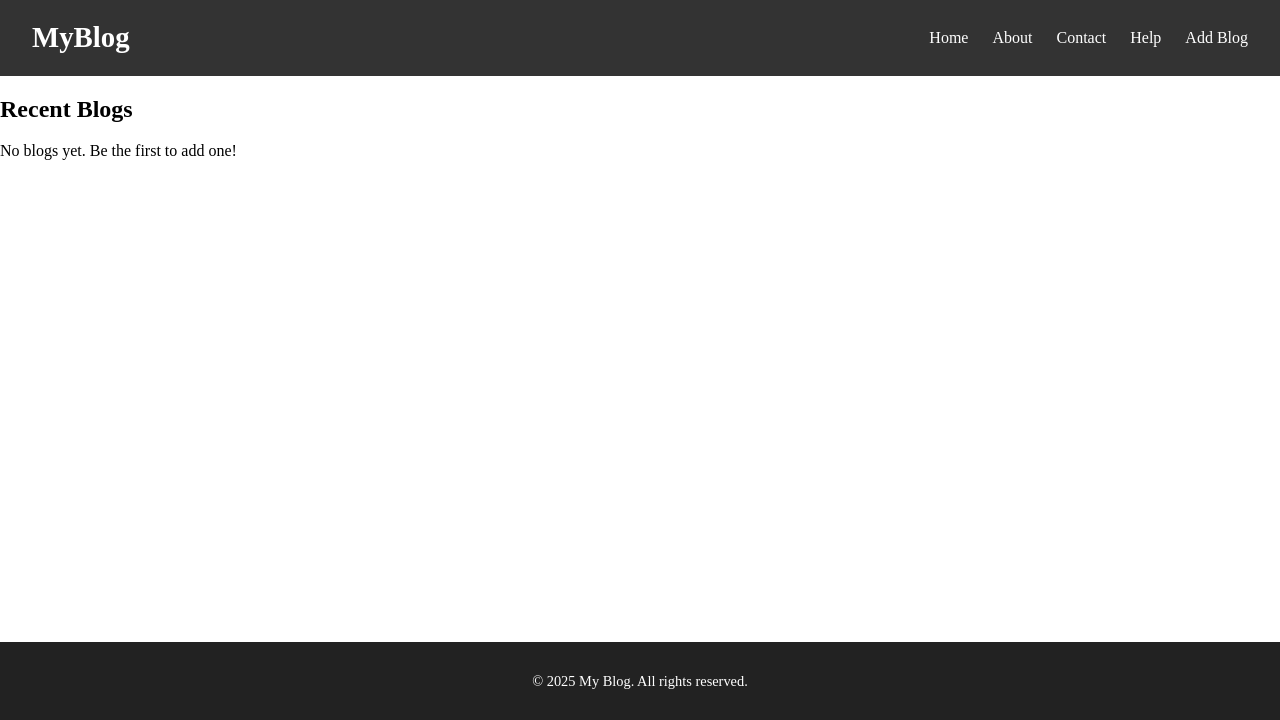
Repository: ankitg-02/FLASK
Page: http://localhost/
An editor plug-in stored every save of this project. The page is shown before and after the next save, followed by the edit.
The browser window is 1280 px wide. The pictures show the whole page.
The page is served by the project's application, run on Flask 3 (app.py). Queries for data that is not in the repository find no rows.

Above is the page before, as saved 2025-05-19 16:31:44.

After the next save:
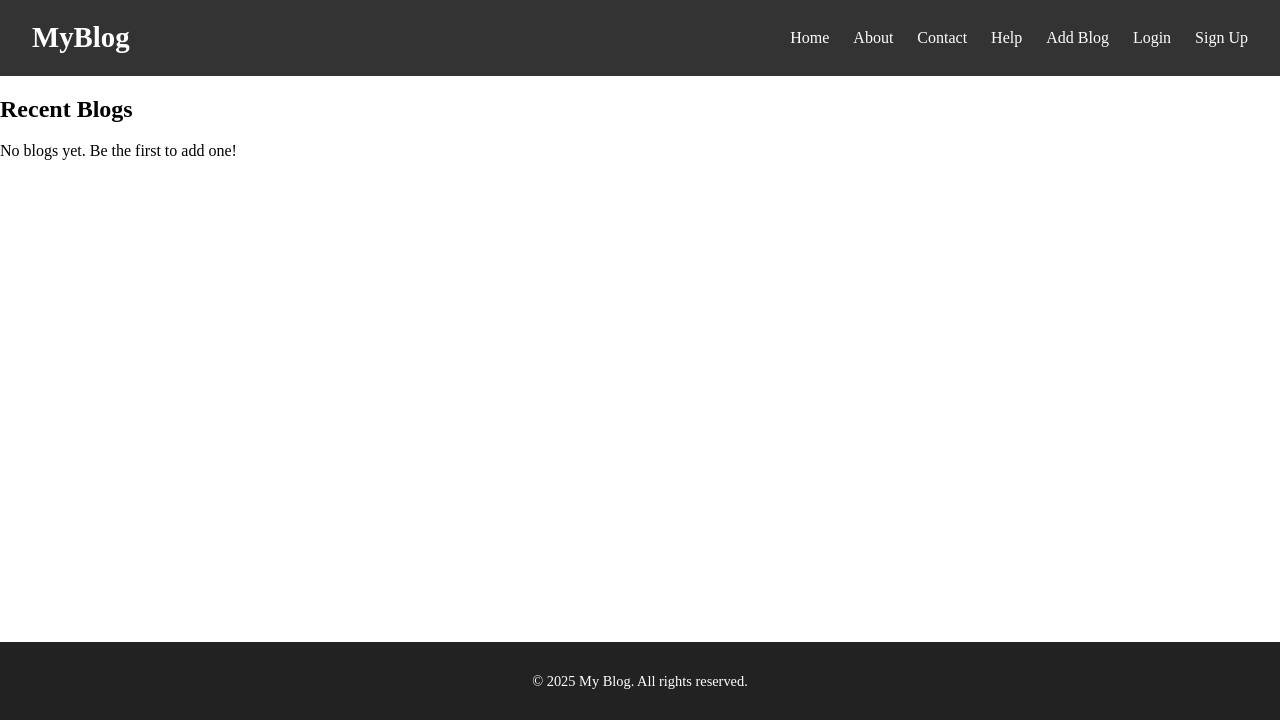
Saved 2 min 12 s later.
--- a/Project2/templates/base.html
+++ b/Project2/templates/base.html
@@ -22,12 +22,23 @@
             </li>
             <li><a href="{{ url_for('help') }}" class="nav-link">Help</a></li>
             <li>
-              <a
-                href="{{ url_for('add_blog') }}"
-                class="nav-link nav-link-button"
-                >Add Blog</a
+              <a href="{{ url_for('add_blog') }}" class="nav-link">Add Blog</a>
+            </li>
+
+            {% if current_user.is_authenticated %}
+            <li>
+              <a href="{{ url_for('logout') }}" class="nav-link nav-link-button"
+                >Logout</a
               >
             </li>
+            {% else %}
+            <li><a href="{{ url_for('login') }}" class="nav-link">Login</a></li>
+            <li>
+              <a href="{{ url_for('signup') }}" class="nav-link nav-link-button"
+                >Sign Up</a
+              >
+            </li>
+            {% endif %}
           </ul>
           <div class="nav-toggle" id="nav-toggle">
             <span></span>
